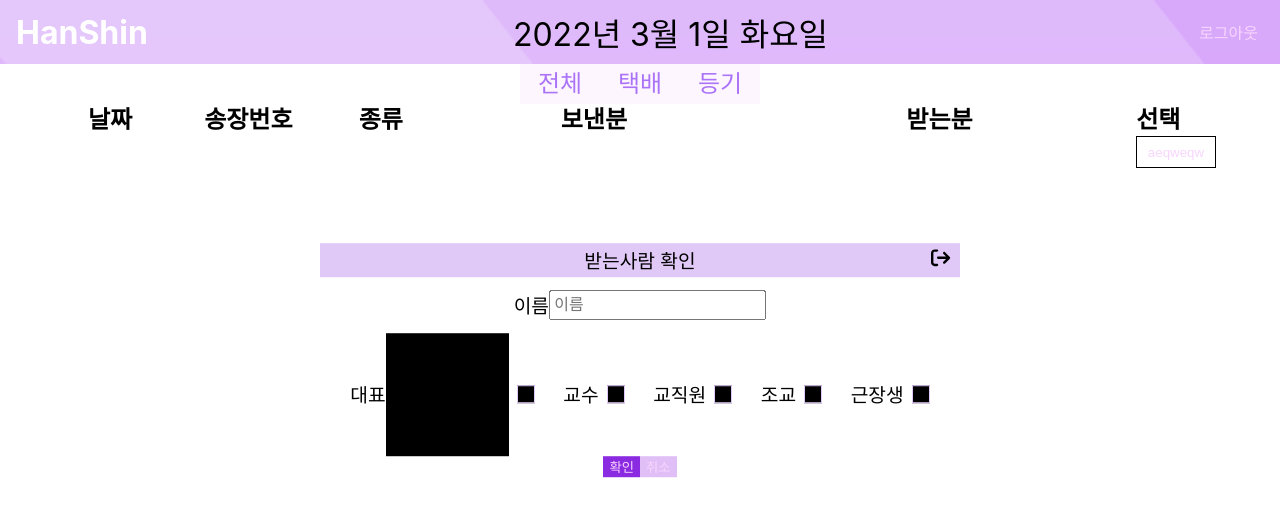
Repository: SeungYn/hanshinClient
Page: /, after clicking the first element matching `button.package_d2e76_submitBtn`
The author's editor kept a copy of each file at every save. The page is drawn from the files as they stood at one save, then again after the next save.
The browser window is 1280 px wide. The pictures show the whole page.
The page's requests for data from a server got no answer. The project was rebuilt for these pictures with package versions that can differ from the ones it lists, and the page was loaded fresh each time. No one was signed in, and anything a server would have sent is missing. Also part of the build but not shown: src/App.css, src/components/item/item.jsx, src/components/addboxs/addBoxs.jsx.

Above is the page before, as saved 2022-03-01 02:30:37.

After the next save:
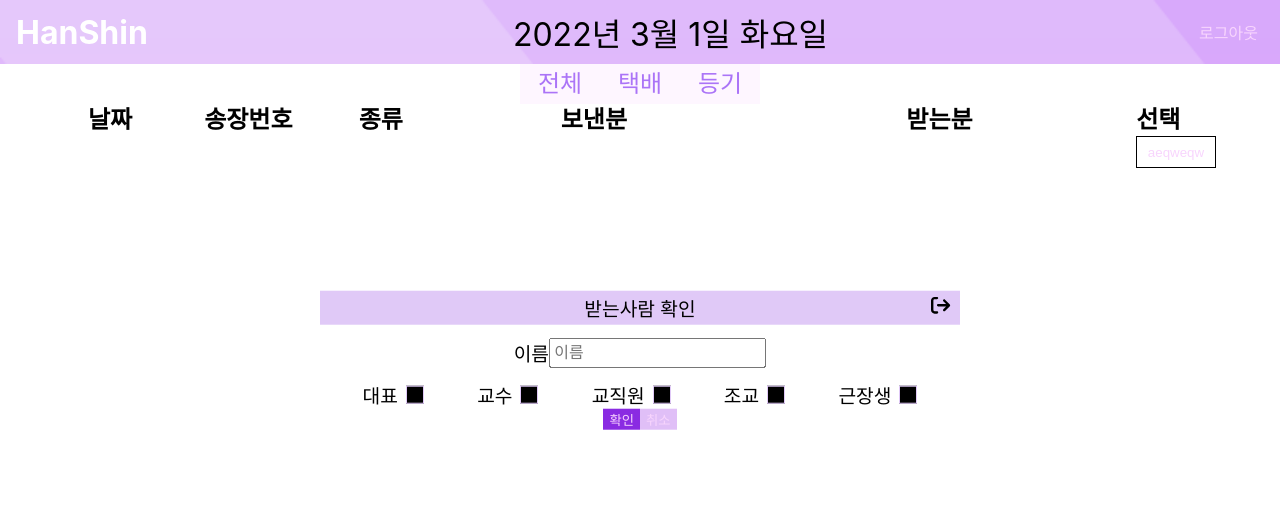
Saved 39 s later.
--- a/src/components/receiverInput/receiverInput.module.css
+++ b/src/components/receiverInput/receiverInput.module.css
@@ -57,10 +57,6 @@ input[type='radio'] {
 }
 
 .checkedBox {
-  content: '123';
-  background-color: black;
-  width: 123px;
-  height: 123px;
 }
 
 input[type='radio']:checked + .radio__label::after {
